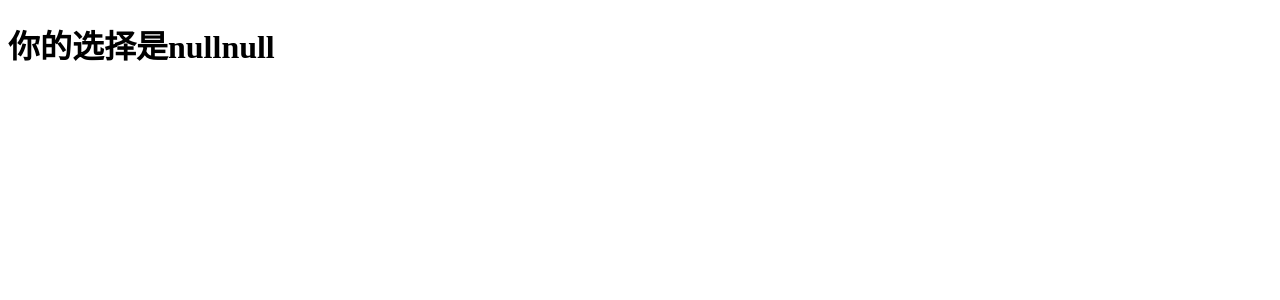
Repository: yz990219/InfectStatisticWeb
Page: http://localhost/MyInfectStatisticWeb/indexRes.jsp
An editor plug-in stored every save of this project. The page is shown before and after the next save, followed by the edit.
The browser window is 1280 px wide. The pictures show the whole page.
The page is served by Tomcat 9.

Above is the page before, as saved 2020-03-13 16:36:12.

After the next save:
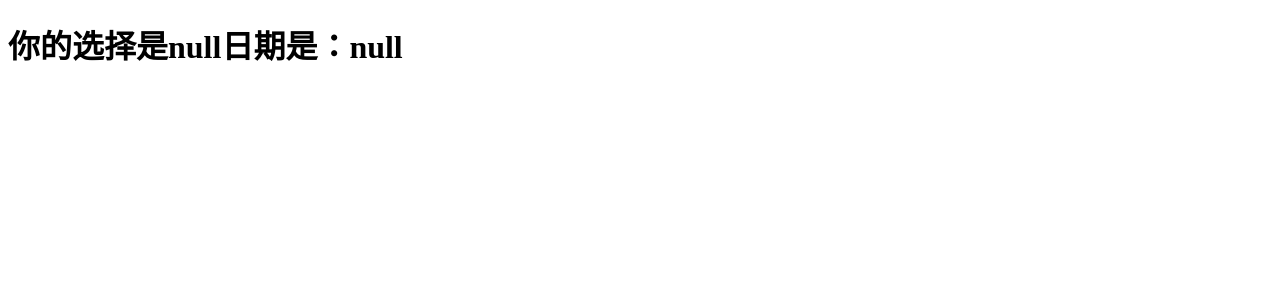
Saved 29 s later.
--- a/MyInfectStatisticWeb/WebContent/indexRes.jsp
+++ b/MyInfectStatisticWeb/WebContent/indexRes.jsp
@@ -8,6 +8,6 @@
 <title>Insert title here</title>
 </head>
 <body>
-<h1>你的选择是<%=request.getParameter("province_value") %><%=request.getParameter("date") %></h1>
+<h1>你的选择是<%=request.getParameter("province_value") %>日期是：<%=request.getParameter("date") %></h1>
 </body>
 </html>
